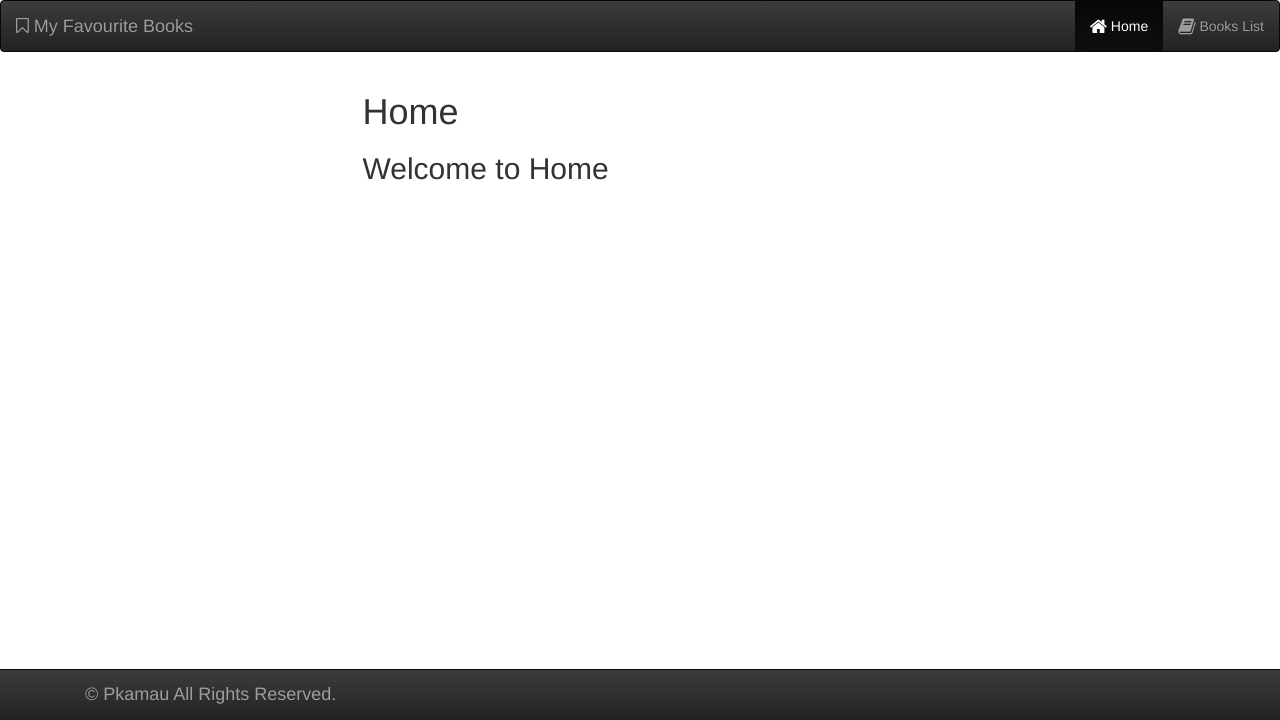
Repository: kiruriluap/COMP229-M2022-MIDTERMTEST-301198424
Page: http://localhost/
These files come from the project's save history. The page is drawn as it stood at one moment and after a run of saves; the edit follows.
The browser window is 1280 px wide. The pictures show the whole page.
The page is served by the project's Node server (server.js). Other server files are loaded and not shown.

Above is the page before, as saved 2022-06-23 09:43:28.

### server/views/partials/header.ejs
<!DOCTYPE html>
<html lang="en">
  <head>
    <meta charset="utf-8">
    <meta name="viewport" content="width=device-width, initial-scale=1">
    <title><%= title %></title>
    <!-- CSS SECTION -->
    <link rel="stylesheet" href="/Scripts/lib/bootstrap/dist/css/bootstrap.min.css">
    <link rel="stylesheet" href="/Scripts/lib/bootstrap/dist/css/bootstrap-theme.min.css">
    <link rel="stylesheet" href="/Scripts/lib/font-awesome/css/font-awesome.min.css">
    <link rel='stylesheet' href='/Content/app.css' />
  </head>
  <body>

  <nav class="navbar navbar-inverse" role="navigation">
    <!-- Brand and toggle get grouped for better mobile display -->
    <div class="navbar-header">
      <button type="button" class="navbar-toggle" data-toggle="collapse" data-target=".navbar-ex1-collapse">
        <span class="sr-only">Toggle navigation</span>
        <span class="icon-bar"></span>
        <span class="icon-bar"></span>
        <span class="icon-bar"></span>
      </button>
      <a class="navbar-brand" href="/"><i class="fa fa-bookmark-o"></i> My Favourite Books</a>
    </div>

    <!-- Collect the nav links, forms, and other content for toggling -->
    <div class="collapse navbar-collapse navbar-ex1-collapse">
      <ul class="nav navbar-nav navbar-right">
        <% if(title == "Home") { %>
          <li class="active"><a href="/"><i class="fa fa-home fa-lg"></i> Home</a></li>
        <% } else { %>
          <li><a href="/"><i class="fa fa-home fa-lg"></i> Home</a></li>
        <% } %>

          <% if(title == "books") { %>
          <li class="active"><a href="/books"><i class="fa fa-book fa-lg">
          </i> Books List</a></li>
          <% } else { %>
            <li><a href="/books"><i class="fa fa-book fa-lg">
            </i> Books List</a></li>
          <% } %>

      </ul>
    </div><!-- /.navbar-collapse -->
  </nav>

### server/views/partials/footer.ejs

<nav class="navbar navbar-inverse navbar-fixed-bottom">
  <div class="container">
    <h4  class="navbar-text">&copy; Pkamau  All Rights Reserved.</h4>
  </div>
</nav>



<!-- JAVASCRIPT SECTION -->
    <script src="/Scripts/lib/jquery/dist/jquery.min.js"></script>
    <script src="/Scripts/lib/bootstrap/dist/js/bootstrap.min.js"></script>
    <script src="/Scripts/app.js"></script>
  </body>
</html>

### server.js
let app = require('./server/config/app');
let debug = require('debug')('comp308-w2019-midterm:server');
let http = require('http');

/**
 * Get port from environment and store in Express.
 */

let port = normalizePort(process.env.PORT || '5000');
app.set('port', port);

/**
 * Create HTTP server.
 */

let server = http.createServer(app);

/**
 * Listen on provided port, on all network interfaces.
 */

server.listen(port);
server.on('error', onError);
server.on('listening', onListening);

/**
 * Normalize a port into a number, string, or false.
 */

function normalizePort(val) {
  let port = parseInt(val, 10);

  if (isNaN(port)) {
    // named pipe
    return val;
  }

  if (port >= 0) {
    // port number
    return port;
  }

  return false;
}

/**
 * Event listener for HTTP server "error" event.
 */

function onError(error) {
  if (error.syscall !== 'listen') {
    throw error;
  }

  let bind = typeof port === 'string'
    ? 'Pipe ' + port
    : 'Port ' + port;

  // handle specific listen errors with friendly messages
  switch (error.code) {
    case 'EACCES':
      console.error(bind + ' requires elevated privileges');
      process.exit(1);
      break;
    case 'EADDRINUSE':
      console.error(bind + ' is already in use');
      process.exit(1);
      break;
    default:
      throw error;
  }
}

/**
 * Event listener for HTTP server "listening" event.
 */

function onListening() {
  let addr = server.address();
  let bind = typeof addr === 'string'
    ? 'pipe ' + addr
    : 'port ' + addr.port;
  debug('Listening on ' + bind);
}

### server/routes/index.js
/**
Project name: Book_list_CRUD_project
File name: index.js
Function: route
Created by: Paul Kamau
**/

// modules required for routing
let express = require('express');
let router = express.Router();
let mongoose = require('mongoose');

// define the game model
let book = require('../models/books');

/* GET home page. wildcard */
router.get('/', (req, res, next) => {
  res.render('content/index', {
    title: 'Home',
    books: ''
   });
});

module.exports = router;

### client/Scripts/app.js
/* custom JS goes here */

/* pagination code from http://www.bootply.com/lxa0FF9yhw */
$.fn.pageMe = function(opts){
    var $this = this,
        defaults = {
            perPage: 7,
            showPrevNext: false,
            hidePageNumbers: false
        },
        settings = $.extend(defaults, opts);

    var listElement = $this;
    var perPage = settings.perPage;
    var children = listElement.children();
    var pager = $('.pager');

    if (typeof settings.childSelector!="undefined") {
        children = listElement.find(settings.childSelector);
    }

    if (typeof settings.pagerSelector!="undefined") {
        pager = $(settings.pagerSelector);
    }

    var numItems = children.size();
    var numPages = Math.ceil(numItems/perPage);

    pager.data("curr",0);

    if (settings.showPrevNext){
        $('<li><a href="#" class="prev_link">«</a></li>').appendTo(pager);
    }

    var curr = 0;
    while(numPages > curr && (settings.hidePageNumbers==false)){
        $('<li><a href="#" class="page_link">'+(curr+1)+'</a></li>').appendTo(pager);
        curr++;
    }

    if (settings.showPrevNext){
        $('<li><a href="#" class="next_link">»</a></li>').appendTo(pager);
    }

    pager.find('.page_link:first').addClass('active');
    pager.find('.prev_link').hide();
    if (numPages<=1) {
        pager.find('.next_link').hide();
    }
  	pager.children().eq(1).addClass("active");

    children.hide();
    children.slice(0, perPage).show();

    pager.find('li .page_link').click(function(){
        var clickedPage = $(this).html().valueOf()-1;
        goTo(clickedPage,perPage);
        return false;
    });
    pager.find('li .prev_link').click(function(){
        previous();
        return false;
    });
    pager.find('li .next_link').click(function(){
        next();
        return false;
    });

    function previous(){
        var goToPage = parseInt(pager.data("curr")) - 1;
        goTo(goToPage);
    }

    function next(){
        goToPage = parseInt(pager.data("curr")) + 1;
        goTo(goToPage);
    }

    function goTo(page){
        var startAt = page * perPage,
            endOn = startAt + perPage;

        children.css('display','none').slice(startAt, endOn).show();

        if (page>=1) {
            pager.find('.prev_link').show();
        }
        else {
            pager.find('.prev_link').hide();
        }

        if (page<(numPages-1)) {
            pager.find('.next_link').show();
        }
        else {
            pager.find('.next_link').hide();
        }

        pager.data("curr",page);
      	pager.children().removeClass("active");
        pager.children().eq(page+1).addClass("active");

    }
};

// IIFE
(function(){
  $(".btn-danger").click(function(event){
    if(!confirm("Are you sure?")) {
      event.preventDefault();
      window.location.assign("/games");
    }
  });

 /* pagination code */
  $('#myTable').pageMe(
    {pagerSelector:'#myPager',showPrevNext:true,hidePageNumbers:false,perPage:6}
    );
})();

Loaded but not shown: server/views/content/index.ejs (common file); client/Scripts/lib/bootstrap/dist/css/bootstrap.min.css (library); client/Scripts/lib/bootstrap/dist/css/bootstrap-theme.min.css (library); client/Scripts/lib/font-awesome/css/font-awesome.min.css (library); client/Content/app.css (common file); client/Scripts/lib/jquery/dist/jquery.min.js (library); client/Scripts/lib/bootstrap/dist/js/bootstrap.min.js (library)

After the next 2 saves:
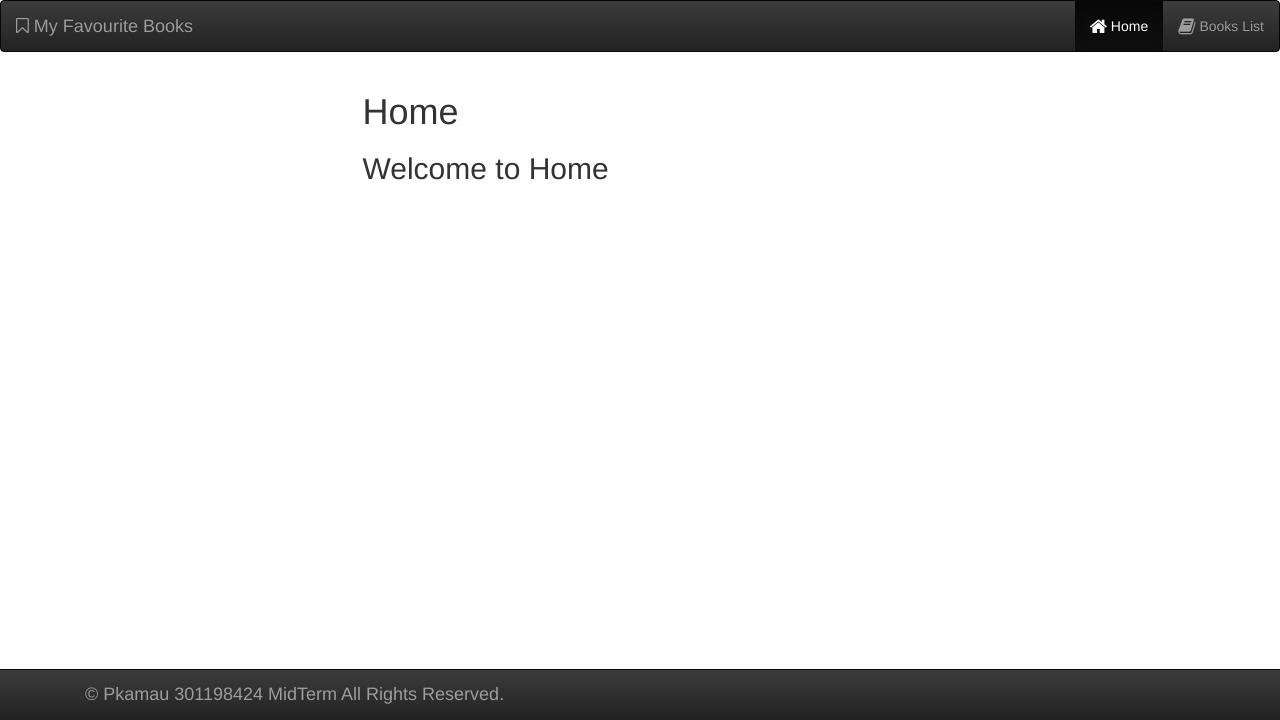
The 2 saves are shown as one change because they came seconds apart.
The last was saved 8 s later.
--- a/server/views/partials/footer.ejs
+++ b/server/views/partials/footer.ejs
@@ -1,7 +1,7 @@
 
 <nav class="navbar navbar-inverse navbar-fixed-bottom">
   <div class="container">
-    <h4  class="navbar-text">&copy; Pkamau  All Rights Reserved.</h4>
+    <h4  class="navbar-text">&copy; Pkamau 301198424 MidTerm All Rights Reserved.</h4>
   </div>
 </nav>
 
